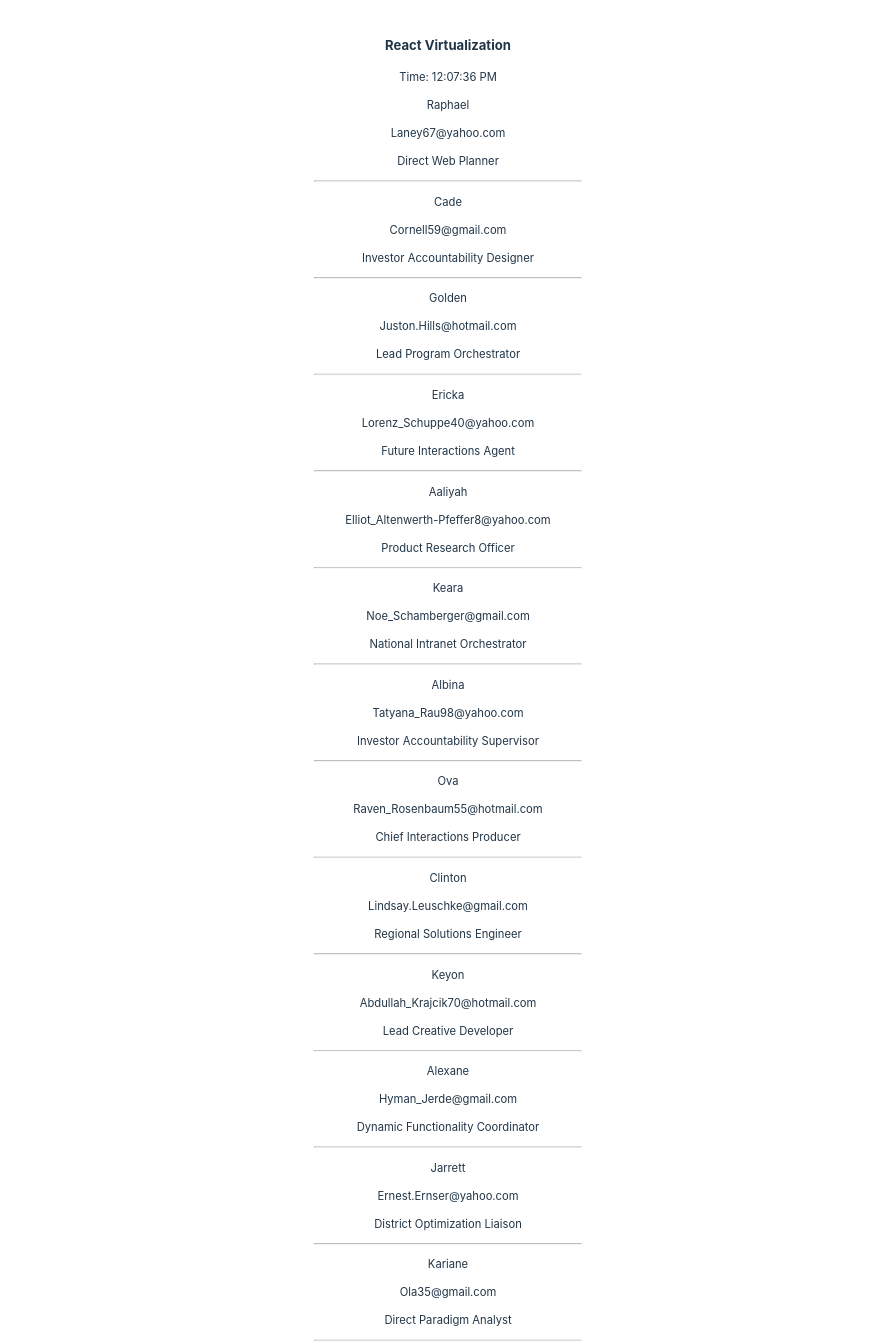
Repository: JasonMorta/React-Virtulized
Page: / (app in react-vitualization/)
The author's editor kept a copy of each file at every save. The page is drawn from the files as they stood at one save, then again after a run of saves.
The browser window is 1280 px wide. The pictures show the part of the page from y = 0 to 1920 px (the page is 1380162 px tall before and 13962 px after), at 70% of full size.
The project was rebuilt for these pictures with package versions that can differ from the ones it lists, and the page was loaded fresh each time. Also part of the build but not shown: react-vitualization/vite.config.ts.

Above is the page before, as saved 2024-05-10 16:05:32.

After the next 2 saves:
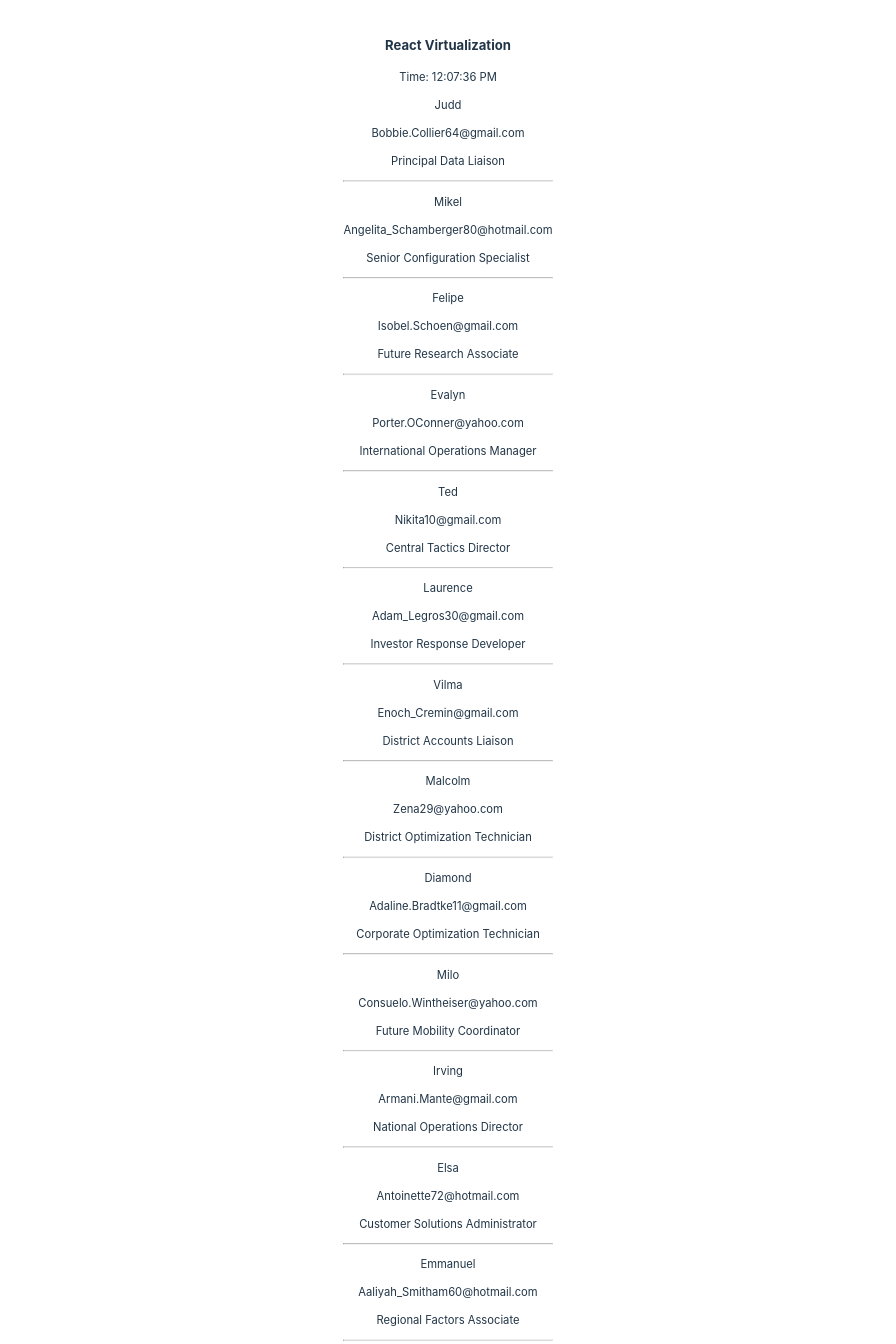
The 2 saves are shown as one change because they came seconds apart.
The last was saved 63 s later.
--- a/react-vitualization/src/App.tsx
+++ b/react-vitualization/src/App.tsx
@@ -18,7 +18,7 @@ function App() {
 
   useEffect(() => {
     // Generate data array
-    const data = [...Array(10000).keys()].map((key) => ({
+    const data = [...Array(100).keys()].map((key) => ({
       id: key,
       name: faker.person.firstName(),
       email: faker.internet.email(),
